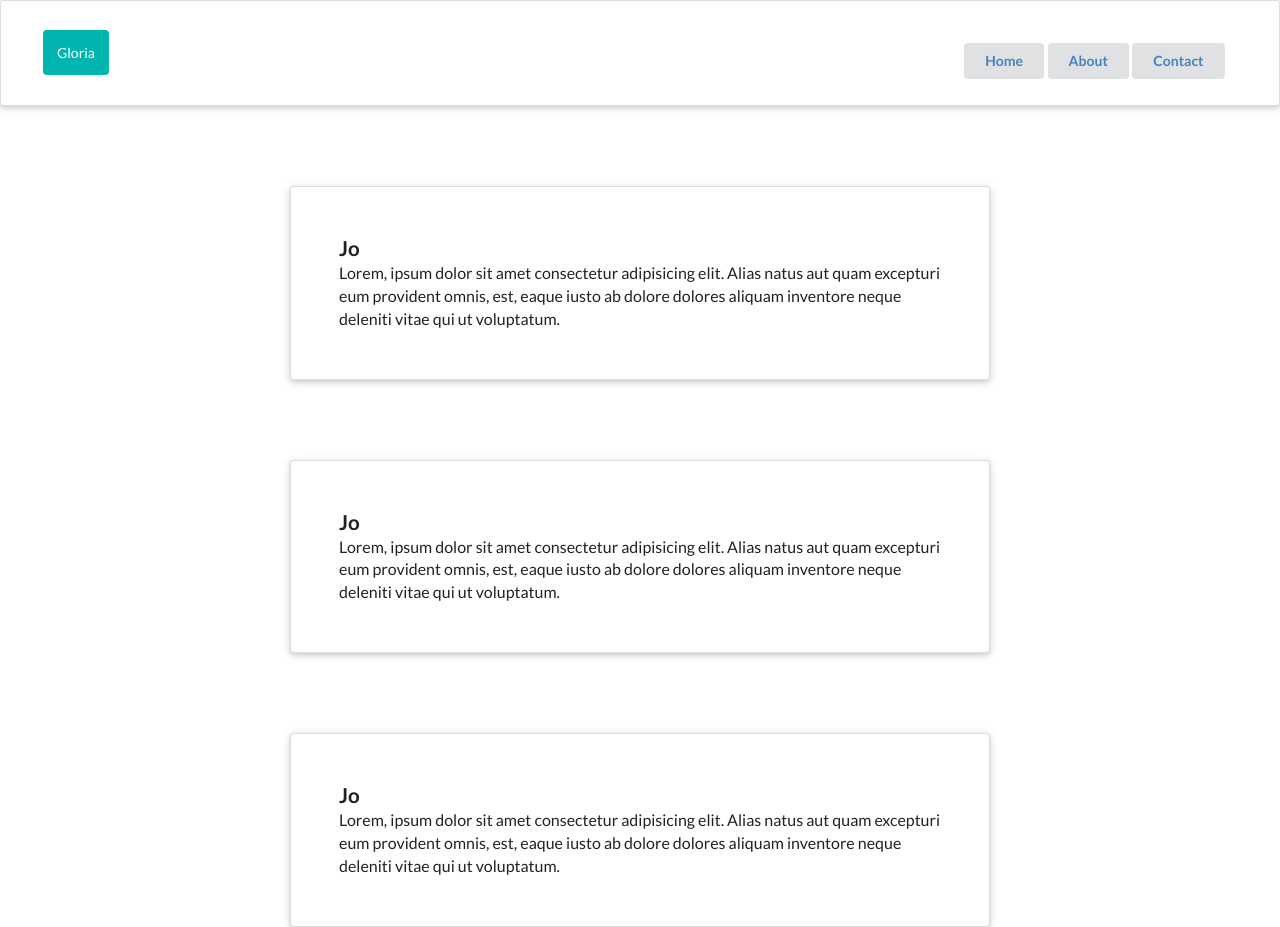
Repository: jodelajo/react-router-redux
Page: /contact
These files come from the project's save history. The page is drawn as it stood at one moment and after the next save; the edit follows.
The browser window is 1280 px wide. The pictures show the whole page.
The project was rebuilt for these pictures with package versions that can differ from the ones it lists, and the page was loaded fresh each time. Also part of the build but not shown: src/index.css, src/App.css, src/components/About.js, src/components/Home.js, src/components/Card.js.

Above is the page before, as saved 2021-10-14 19:07:22.

After the next save:
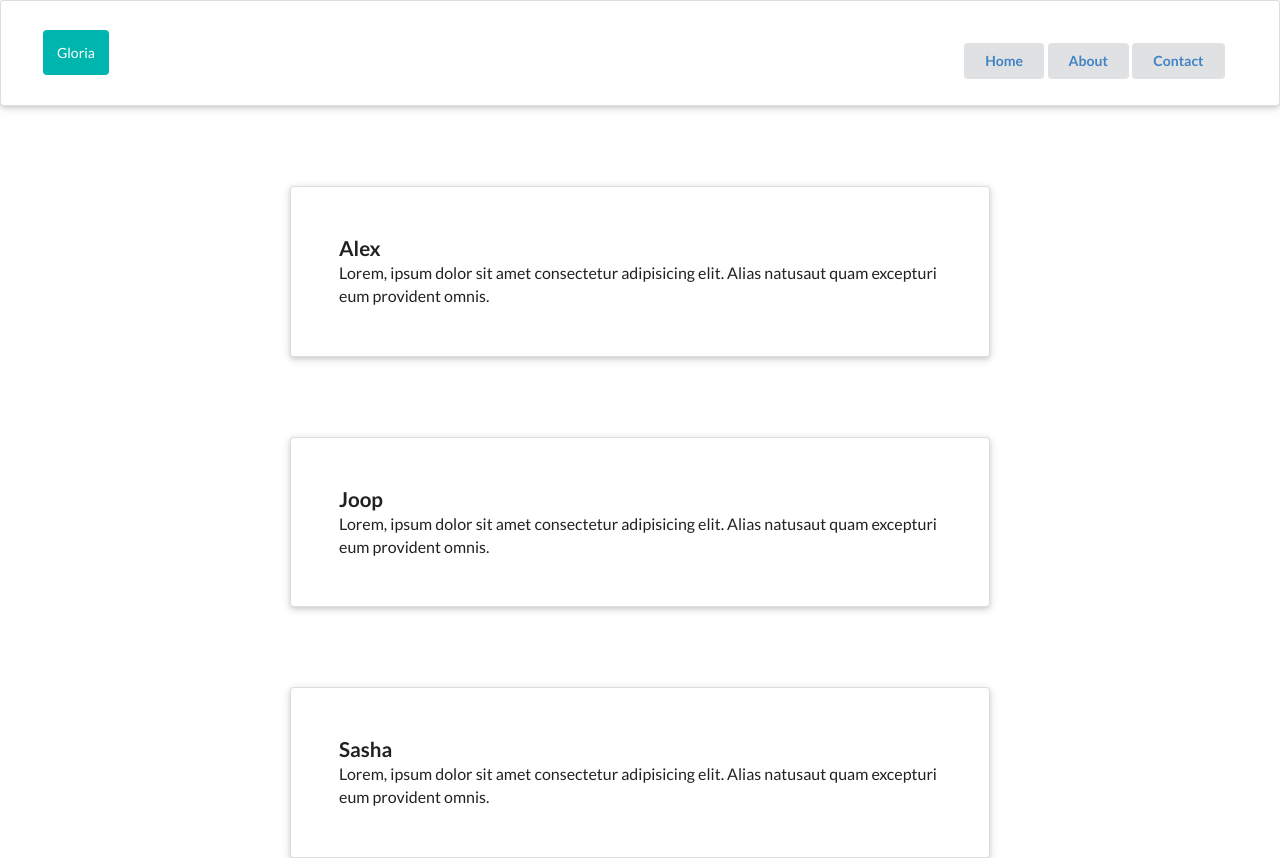
Saved 99 s later.
--- a/src/components/Contact.js
+++ b/src/components/Contact.js
@@ -13,12 +13,11 @@ function Contact({ cards }) {
         <div
         className="ui raised very padded text container segment"
         style={{ marginTop: "80px" }}
+        key = {card.id}
       >
-        <Link to='/joop' className="ui header"> Jo</Link>
+        <Link to={`/${card.title}`} className="ui header"> {card.title}</Link>
         <p>
-          Lorem, ipsum dolor sit amet consectetur adipisicing elit. Alias natus
-          aut quam excepturi eum provident omnis, est, eaque iusto ab dolore
-          dolores aliquam inventore neque deleniti vitae qui ut voluptatum.
+         {card.body}
         </p>
       </div>
       )
